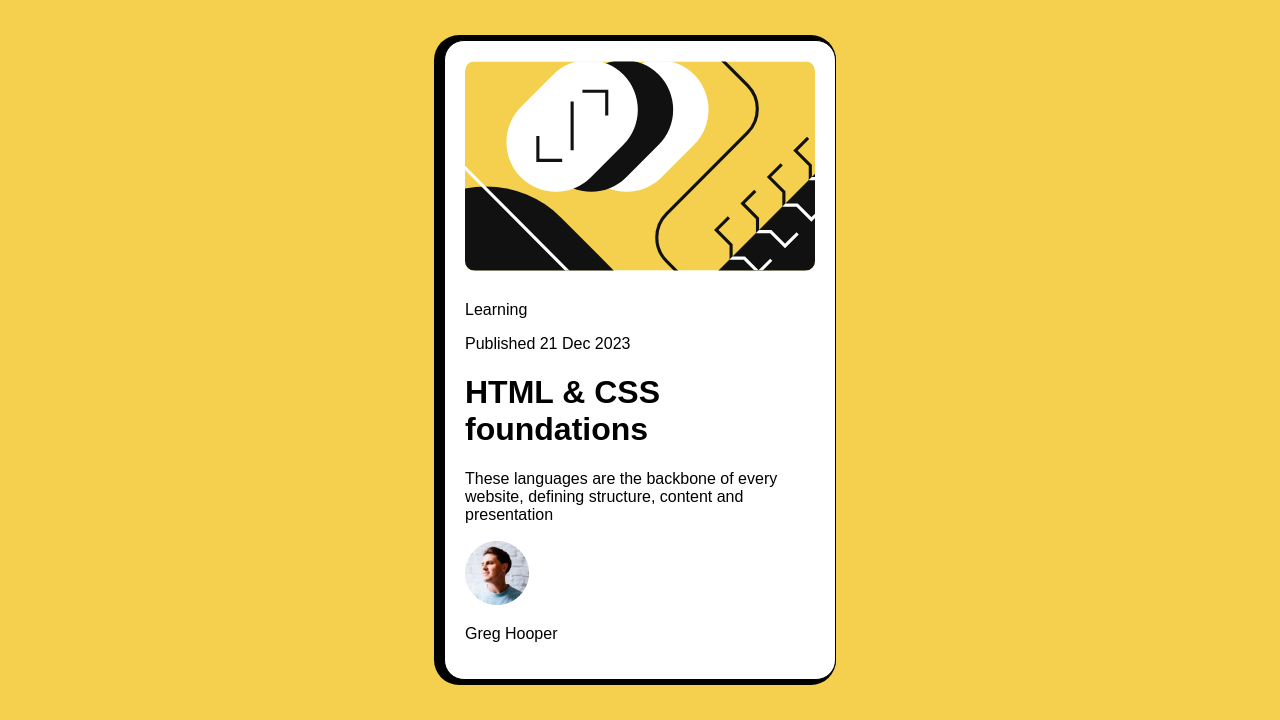
Repository: brandontaylor1/blogpreviewcard
Page: index.html
The author's editor kept a copy of each file at every save. The page is drawn from the files as they stood at one save, then again after the next save.
The browser window is 1280 px wide. The pictures show the whole page.

Above is the page before, as saved 2024-12-25 11:03:26.

After the next save:
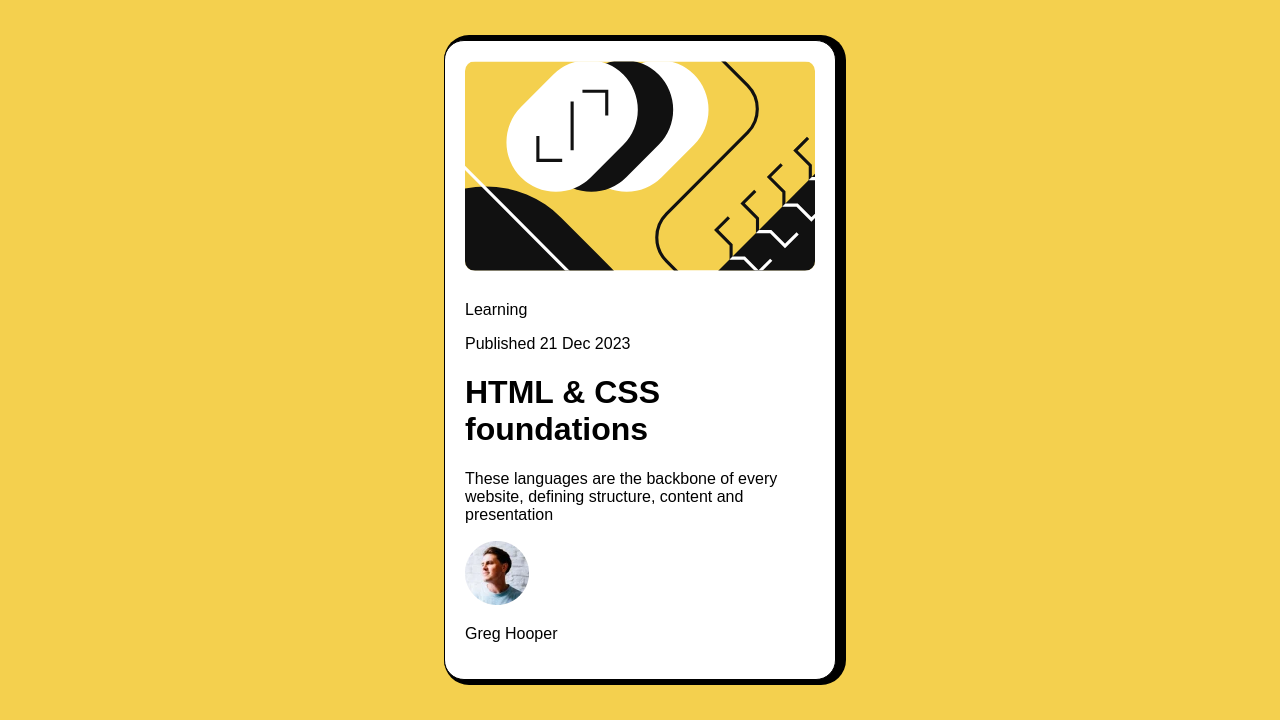
Saved 4 s later.
--- a/index.css
+++ b/index.css
@@ -35,7 +35,7 @@ body {
     padding: 20px;
     border-radius: 20px;
     border: 1px solid black;
-    box-shadow: -5px 0 0 5px rgba(0, 0, 0, 1);
+    box-shadow: 5px 0 0 5px rgba(0, 0, 0, 1);
 }
 
 .heading-img {
